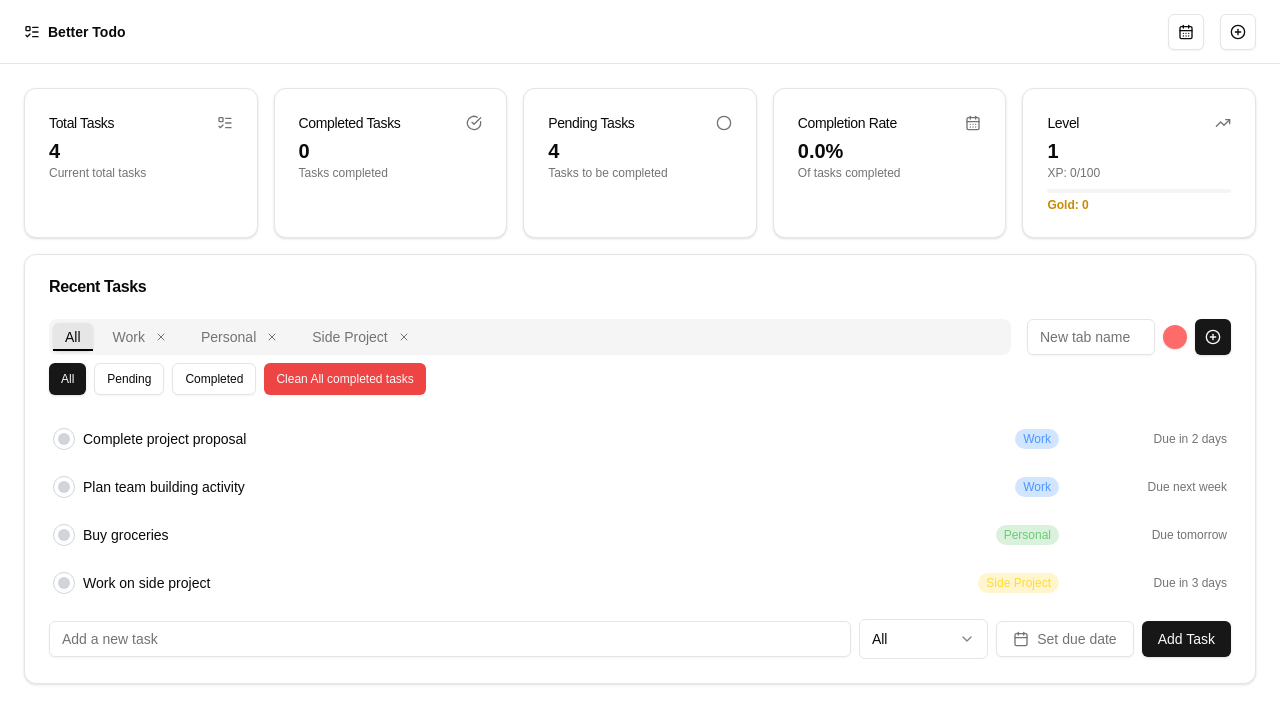
Repository: malikbarbier7/better-todo
Page: /dashboard
The author's editor kept a copy of each file at every save. The page is drawn from the files as they stood at one save, then again after the next save.
The browser window is 1280 px wide. The pictures show the whole page.
The project was rebuilt for these pictures with package versions that can differ from the ones it lists, and the page was loaded fresh each time. The framework's server and built-in components were replaced by stand-ins that run in the browser. Also part of the build but not shown: next.config.js, next.config.mjs, components/ui/calendar.tsx.

Above is the page before, as saved 2024-10-04 15:01:26.

After the next save:
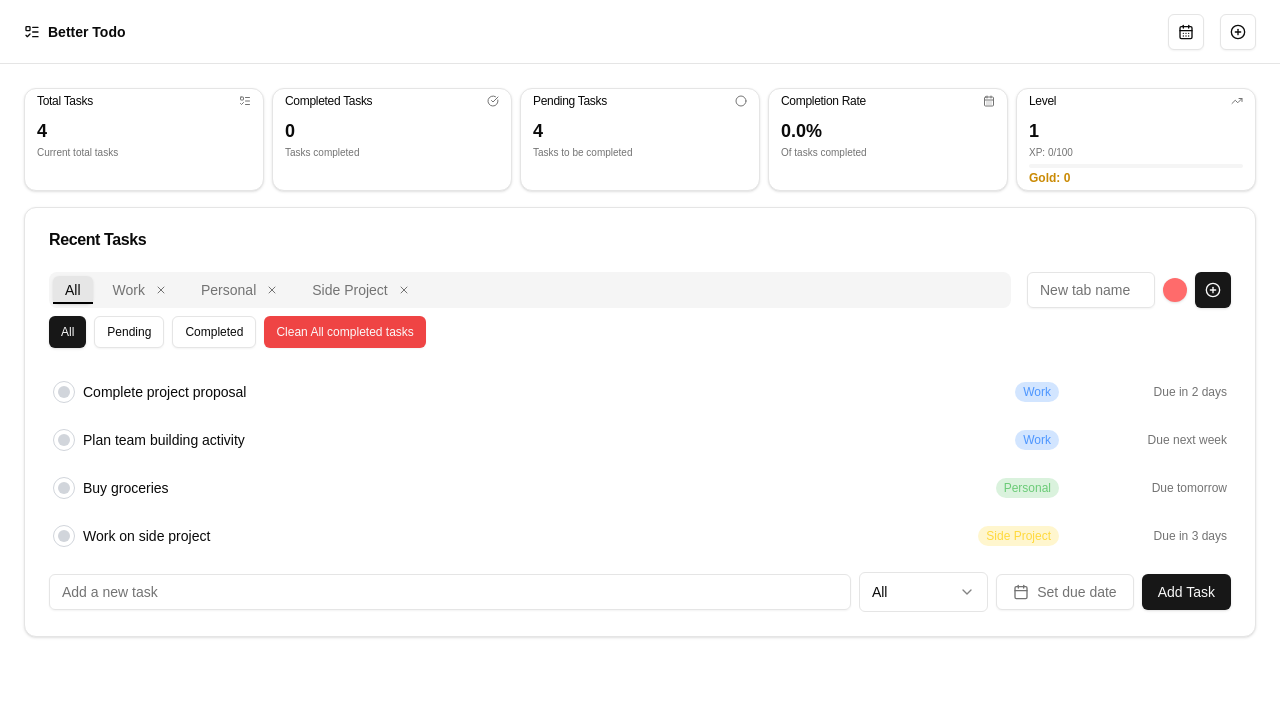
Saved 46 s later.
--- a/components/dashboard.tsx
+++ b/components/dashboard.tsx
@@ -278,27 +278,27 @@ export function Dashboard() {
         </div>
       </header>
       <main className="flex-1 overflow-auto p-4 md:p-6">
-        <div className="grid gap-4 md:grid-cols-3 lg:grid-cols-5">
+        <div className="grid gap-2 md:grid-cols-3 lg:grid-cols-5">
           {[
-            { title: "Total Tasks", icon: <ListTodo className="w-4 h-4 text-muted-foreground" />, value: totalTasks, description: "Current total tasks" },
-            { title: "Completed Tasks", icon: <CheckCircle className="w-4 h-4 text-muted-foreground" />, value: completedTasks, description: "Tasks completed" },
-            { title: "Pending Tasks", icon: <Circle className="w-4 h-4 text-muted-foreground" />, value: pendingTasks, description: "Tasks to be completed" },
-            { title: "Completion Rate", icon: <CalendarDays className="w-4 h-4 text-muted-foreground" />, value: `${completionRate}%`, description: "Of tasks completed" },
-            { title: "Level", icon: <TrendingUp className="w-4 h-4 text-muted-foreground" />, value: level, description: `XP: ${xp}/100`, extraContent: (
+            { title: "Total Tasks", icon: <ListTodo className="w-3 h-3 text-muted-foreground" />, value: totalTasks, description: "Current total tasks" },
+            { title: "Completed Tasks", icon: <CheckCircle className="w-3 h-3 text-muted-foreground" />, value: completedTasks, description: "Tasks completed" },
+            { title: "Pending Tasks", icon: <Circle className="w-3 h-3 text-muted-foreground" />, value: pendingTasks, description: "Tasks to be completed" },
+            { title: "Completion Rate", icon: <CalendarDays className="w-3 h-3 text-muted-foreground" />, value: `${completionRate}%`, description: "Of tasks completed" },
+            { title: "Level", icon: <TrendingUp className="w-3 h-3 text-muted-foreground" />, value: level, description: `XP: ${xp}/100`, extraContent: (
               <>
-                <Progress value={(xp / 100) * 100} className="mt-2 h-1" />
-                <p className="text-xs font-semibold text-yellow-600 mt-1">Gold: {gold}</p>
+                <Progress value={(xp / 100) * 100} className="mt-1 h-1" />
+                <p className="text-xs font-semibold text-yellow-600 mt-0.5">Gold: {gold}</p>
               </>
             ) },
           ].map((card, index) => (
             <Card key={index} className="overflow-hidden">
-              <CardHeader className="flex flex-row items-center justify-between space-y-0 pb-1">
-                <CardTitle className="text-sm font-medium">{card.title}</CardTitle>
+              <CardHeader className="flex flex-row items-center justify-between space-y-0 py-1 px-3">
+                <CardTitle className="text-xs font-medium">{card.title}</CardTitle>
                 {card.icon}
               </CardHeader>
-              <CardContent>
-                <div className="text-xl font-bold">{card.value}</div>
-                <p className="text-xs text-muted-foreground">{card.description}</p>
+              <CardContent className="py-1 px-3">
+                <div className="text-lg font-bold">{card.value}</div>
+                <p className="text-[10px] text-muted-foreground">{card.description}</p>
                 {card.extraContent}
               </CardContent>
             </Card>
